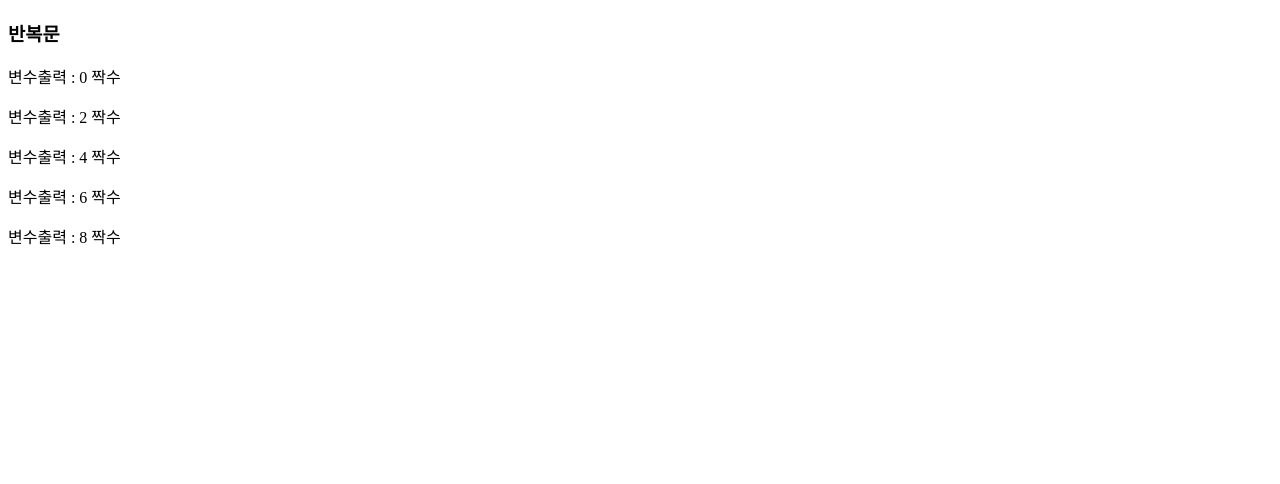
Repository: kvmhyvmvn/Study_JspServlet
Page: http://localhost/03.Tag/01.Script/Ex03For.jsp
The author's editor kept a copy of each file at every save. The page is drawn from the files as they stood at one save, then again after the next save.
The browser window is 1280 px wide. The pictures show the whole page.
The page is served by Tomcat 9.

Above is the page before, as saved 2023-05-19 02:15:05.

After the next save:
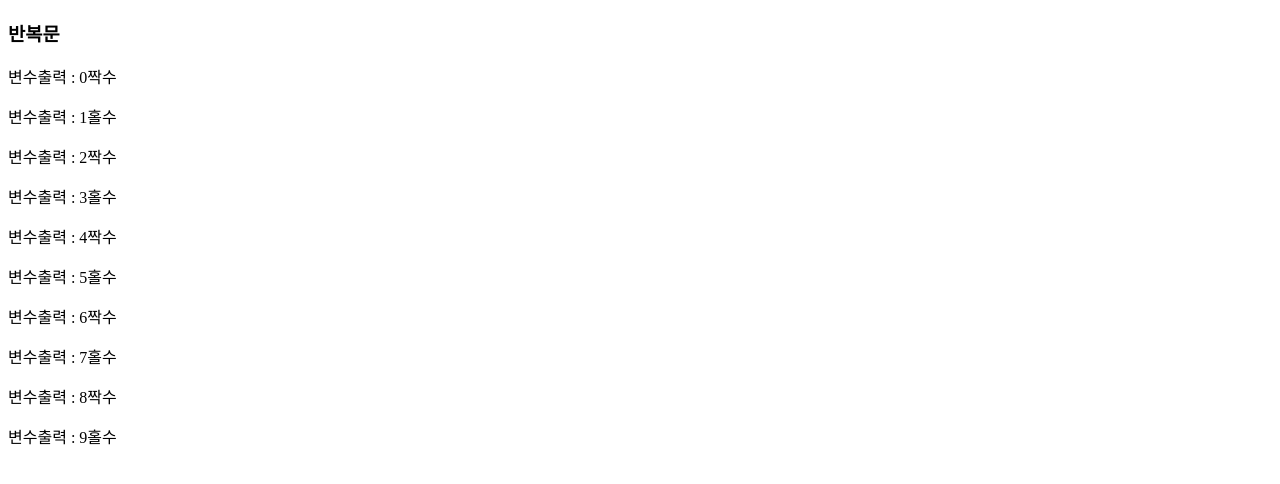
Saved 5 min 37 s later.
--- a/WorkSpace/03.Tag/src/main/webapp/01.Script/Ex03For.jsp
+++ b/WorkSpace/03.Tag/src/main/webapp/01.Script/Ex03For.jsp
@@ -8,14 +8,12 @@
 </head>
 <body>
 	<h3>반복문</h3>
-	<%
-		for(int i=0; i<10; i++) {
-			if (i % 2 == 0) {%>
-			 <p> 변수출력 : <%=i %> 짝수 </p>
-			<%} else {
-
-			}
-		}
-	%>
+		<%for(int i=0; i<10; i++) {%>
+			<%if (i % 2 == 0) {%>
+			 <p> 변수출력 : <%=i+"짝수"%></p>
+			<%} else {%>
+			 <p> 변수출력 : <%=i+"홀수"%></p>
+			<%}%>
+		<%}%>
 </body>
 </html>
